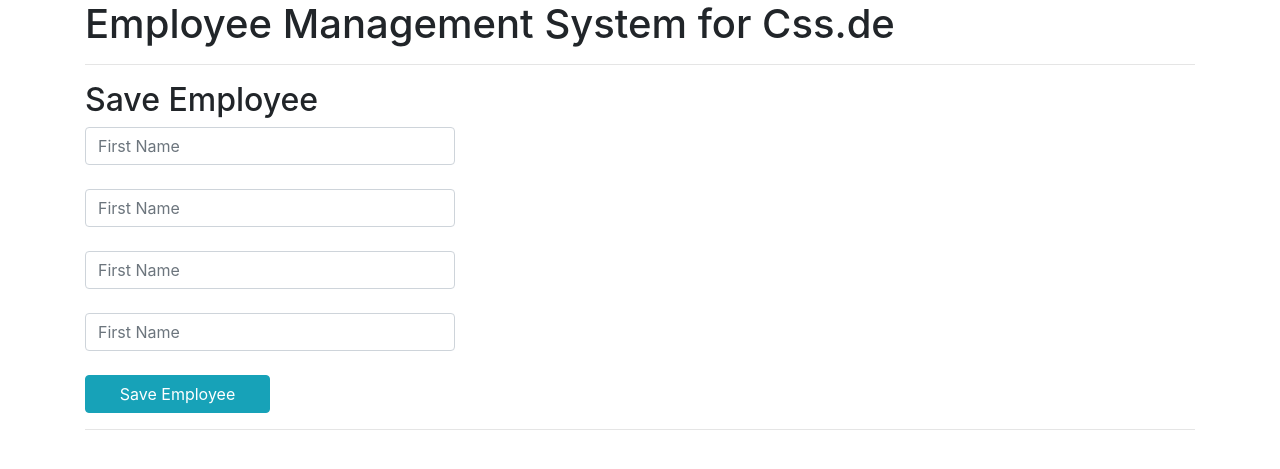
Repository: Len2/Topic4
Page: src/main/resources/templates/newIdCard.html
These files come from the project's save history. The page is drawn as it stood at one moment and after a run of saves; the edit follows.
The browser window is 1280 px wide. The pictures show the whole page.

Above is the page before, as saved 2020-09-06 17:14:57.

### src/main/resources/templates/newIdCard.html
<!DOCTYPE html>
<html lang="en" xmlns:th="http://www.thymeleaf.org">
<head>
<meta charset="ISO-8859-1">
<title>Employee Management System for Css.de</title>
<link rel="stylesheet"
	href="https://stackpath.bootstrapcdn.com/bootstrap/4.1.3/css/bootstrap.min.css"
	integrity="sha384-MCw98/SFnGE8fJT3GXwEOngsV7Zt27NXFoaoApmYm81iuXoPkFOJwJ8ERdknLPMO"
	crossorigin="anonymous">
</head>
<body>
	<div class="container">
		<h1>Employee Management System for Css.de</h1>
		<hr>
		<h2>Save Employee</h2>

		<form action="#" th:action="@{/saveIdCard}" th:object="${identity_card}"
            method="POST">

            <!-- <input type="text" th:field="*{id}" /> -->
			<input type="text" th:field="*{firstName}"
            placeholder="First Name" class="form-control mb-4 col-4">

            <input type="text" th:field="*{lastName}"
            placeholder="First Name" class="form-control mb-4 col-4">

            <input type="text" th:field="*{placeOfBirthday}"
            placeholder="First Name" class="form-control mb-4 col-4">

            <input type="text" th:field="*{dateOfBirthday}"
            placeholder="First Name" class="form-control mb-4 col-4">

				<button type="submit" class="btn btn-info col-2"> Save Employee</button>
		</form>

		<hr>

		<!-- <a th:href = "@{/}"> Back to Employee List</a> -->
	</div>
</body>
</html>

After the next 3 saves:
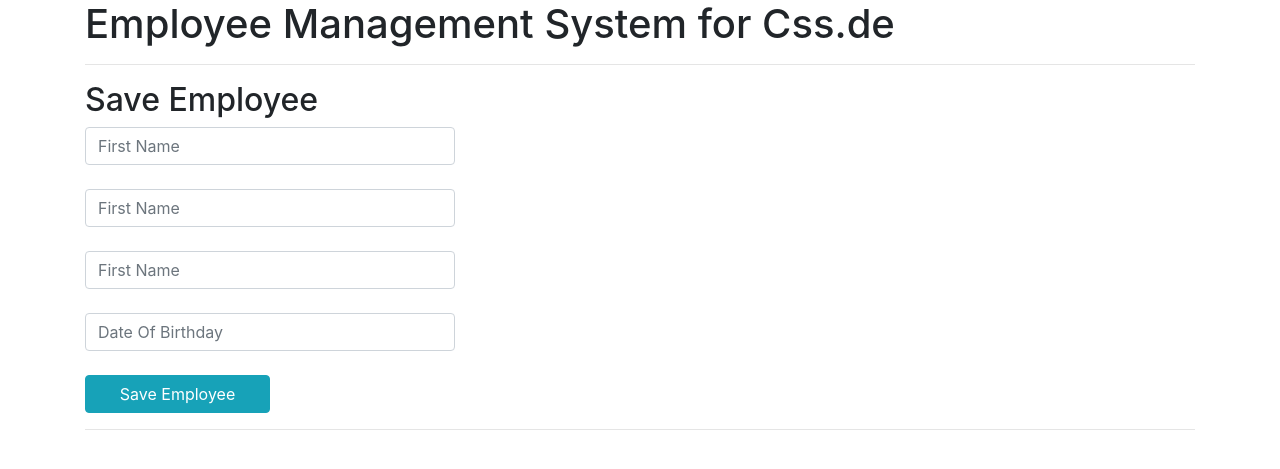
The 3 saves are shown as one change because they came seconds apart.
The last was saved 15 s later.
--- a/src/main/resources/templates/newIdCard.html
+++ b/src/main/resources/templates/newIdCard.html
@@ -28,7 +28,7 @@
             placeholder="First Name" class="form-control mb-4 col-4">
 
             <input type="text" th:field="*{dateOfBirthday}"
-            placeholder="First Name" class="form-control mb-4 col-4">
+            placeholder="Date Of Birthday" class="form-control mb-4 col-4">
 
 				<button type="submit" class="btn btn-info col-2"> Save Employee</button>
 		</form>
